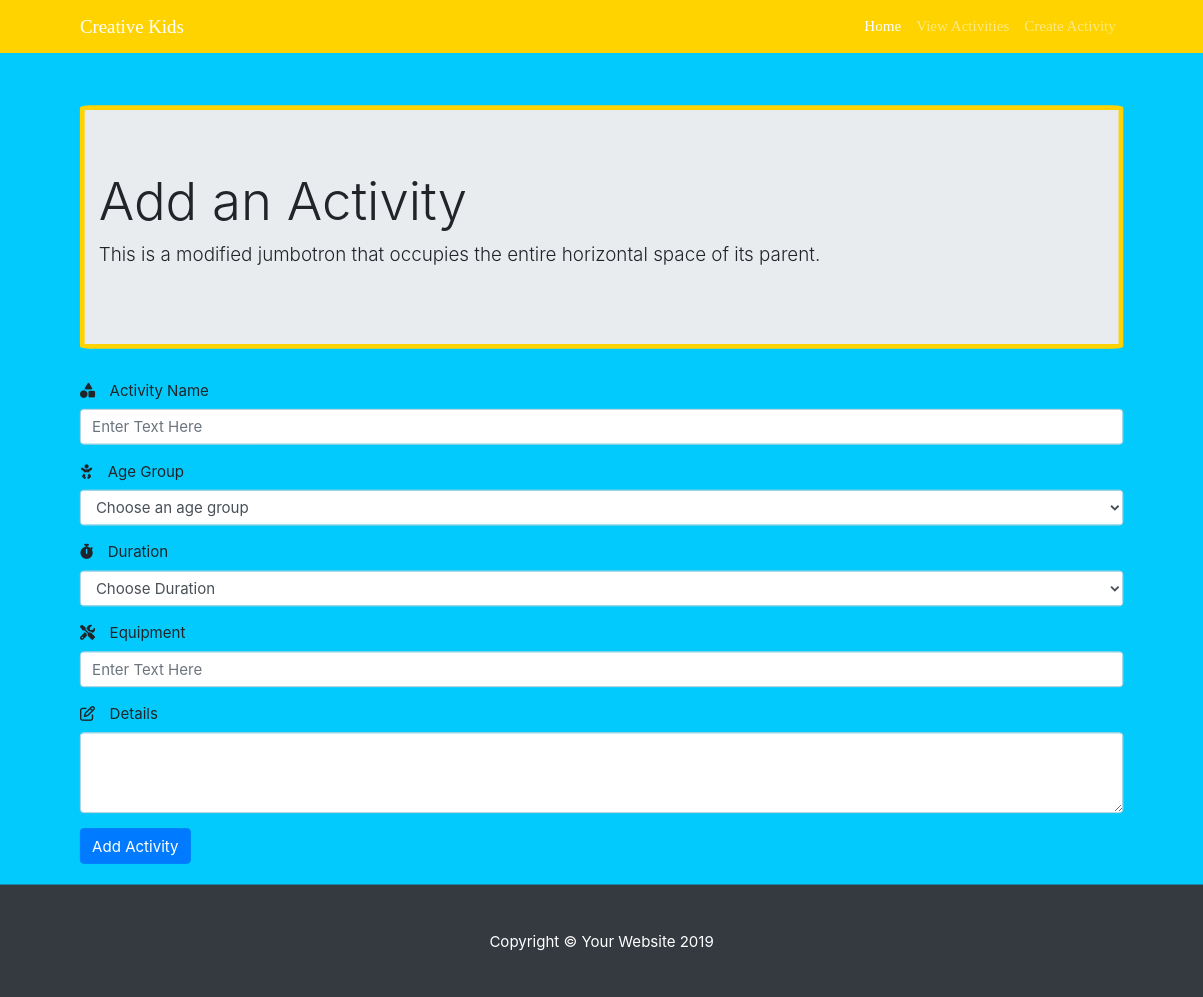
Repository: Neilfoster/milestone_project_3
Page: http://localhost/add_activity
The author's editor kept a record of every edit. The page is drawn from the files as they stood at one moment, then again after the next edit.
The browser window is 1280 px wide. The pictures show the whole page, at 94% of full size.
Some web fonts or font styles are not loaded; a fallback is used. Some web libraries are served in a nearby version. The page is served by the project's application, run on Flask 3 (app.py). Queries for data that is not in the repository find no rows.

Above is the page before.

### templates/add_activity.html
{% extends "base.html" %} {% block content %}
<div class="container">
    <!-- Heading -->
    <div class="jumbotron jumbotron-fluid cstm_jumb">
        <div class="container">
            <h1 class="display-4">Add an Activity</h1>
            <p class="lead">This is a modified jumbotron that occupies the entire horizontal space of its parent.</p>
        </div>
    </div>

    <!--forum -->
    <form action="{{url_for('insert_activity')}}" method="POST">
        <div class="form-group">
            <i class="fas fa-shapes fa-1x "></i>
            <label class="forum_text" for="activity_name">Activity Name</label>
            <input type="text" class="form-control add_forum" id="activity_name" name="activity_name" placeholder="Enter Text Here" required>
        </div>
        <div class="form-group">
            <i class="fas fa-baby "></i>
            <label class="forum_text" for="age_group">Age Group</label>
            <select class="form-control add_forum" id="age_group" name="age_group" required>
               <option value="" disabled selected>Choose an age group</option>
               {% for age in ages %}
               <option value="{{age.age_group.capitalize()}}">{{age.age_group.capitalize()}}</option>
               {% endfor %}
            </select>
        </div>
        <div class="form-group">
            <i class="fas fa-stopwatch "></i>
            <label class="forum_text" for="activity_duration">Duration</label>
            <select class="form-control add_forum" id="activity_duration" name="activity_duration" required>
                <option value="" disabled selected>Choose Duration</option>
                {% for duration in durations %}
                 <option value="{{duration.activity_duration.capitalize()}}">{{duration.activity_duration.capitalize()}}</option>
                {% endfor %}
            </select>
        </div>
        <div class="form-group">
            <i class="fas fa-tools "></i>
            <label class="forum_text" for="equipment">Equipment</label>
            <input type="text" class="form-control add_forum" id="equipment" name="equipment" placeholder="Enter Text Here" required>
        </div>

        <div class="form-group">
            <i class="far fa-edit "></i>
            <label class="forum_text" for="details">Details</label>
            <textarea class="form-control add_forum" id="details" name="details" rows="3" required></textarea>
        </div>

        <button class="btn btn-primary my_button add_forum" type="submit" name="action">Add Activity</button>
</div>
</form>
{% endblock %}

### templates/base.html
<!DOCTYPE html>
<html lang="en">

<head>

  <meta charset="utf-8">
  <meta name="viewport" content="width=device-width, initial-scale=1, shrink-to-fit=no">
  <meta name="description" content="">
  <meta name="author" content="">

  <title>Creative Kids</title>

  <!-- Bootstrap core CSS -->
  <link href="static/css/bootstrap.min.css" rel="stylesheet">

  <!-- CDN for Bootstrap core CSS -->
  <!-- <link rel="stylesheet" href="https://stackpath.bootstrapcdn.com/bootstrap/4.3.1/css/bootstrap.min.css" type="text/css" /> -->

  <!-- Custom styles for this template -->
  <link href="static/css/small-business.css" rel="stylesheet">

  <!-- Custom styles-->
  <link href="static/css/style.css" rel="stylesheet">

  <!-- Google Fonts-->
  <link href="https://fonts.googleapis.com/css?family=Butterfly+Kids&display=swap" rel="stylesheet">

</head>

<body>

  <!-- Navigation -->
  <nav class="navbar navbar-expand-lg navbar-dark fixed-top cstmnav">
    <div class="container">
      <a class="navbar-brand nav_txt" href="#">Creative Kids</a>
      <button class="navbar-toggler" type="button" data-toggle="collapse" data-target="#navbarResponsive" aria-controls="navbarResponsive" aria-expanded="false" aria-label="Toggle navigation">
        <span class="navbar-toggler-icon"></span>
      </button>
      <div class="collapse navbar-collapse" id="navbarResponsive">
        <ul class="navbar-nav ml-auto">
          <li class="nav-item active">
            <a class="nav-link" href="#">Home
              <span class="sr-only">(current)</span>
            </a>
          </li>
          <li class="nav-item">
            <a class="nav-link" href="#">View Activities</a>
          </li>
          <li class="nav-item">
            <a class="nav-link" href="#">Create Activity</a>
          </li>

        </ul>
      </div>
    </div>
  </nav>

  {% block content %} {% endblock %}



  <!-- Footer -->
  <footer class="py-5 bg-dark">
    <div class="container">
      <p class="m-0 text-center text-white">Copyright &copy; Your Website 2019</p>
    </div>
    <!-- /.container -->
  </footer>


  <!-- Bootstrap core JavaScript -->
  <script src="static/js/jquery.min.js"></script>
  <script src="static/js/bootstrap.bundle.min.js"></script>

<!-- Font Awesome js-->
  <script src="https://kit.fontawesome.com/8aa891fdce.js" crossorigin="anonymous"></script>
</body>

</html>

### app.py
import os
from flask import Flask, render_template, redirect, request, url_for
from flask_pymongo import PyMongo
from bson.objectid import ObjectId

app = Flask(__name__)

app.config["MONGO_DBNAME"] = 'milestoneproject3me'
app.config["MONGO_URI"] = os.environ.get('mongo_uri')

mongo = PyMongo(app)

@app.route('/')
@app.route('/home')
def get_activities():
    return render_template("home.html",
    activities=mongo.db.Activities.find())

@app.route('/activity_view')
def activity_view():
    return render_template('activity_view.html',
    activities=mongo.db.Activities.find().limit(6),
    ages=mongo.db.ages.age_group.find(),
    duration=mongo.db.duration.find())

@app.route('/add_activity')
def add_activity():
    return render_template('add_activity.html',
    ages=mongo.db.ages.find(),
    durations=mongo.db.duration.find())

@app.route('/insert_activity', methods=['POST'])
def insert_activity():
    activities=mongo.db.Activities
    activities.insert_one(request.form.to_dict())
    return redirect(url_for('activity_view'))


if __name__ == "__main__":
    app.run(host=os.environ.get('IP'),
        port=int(os.environ.get('PORT')),
        debug=True)

### static/css/style.css
body {
    background-color: #03cafc;

}

.forum_text {
    margin-left: 1%;
}

.my_button{
    margin-bottom: 2%;
}

.cstmnav{
    background-color: #ffd300;
    font-family: 'Butterfly Kids', cursive;
}

.cstm_jumb{
    border: 5px solid #ffd300;
    border-radius:1%;
    margin-top: 5%;
}

.cstm_select {
    border: 2px solid #ffd300;
    border-radius:1%;
    margin-top:1%;
    margin-bottom: 1%;

}

.cstm_card {
    border: 2px solid #ffd300;
    border-radius:1%;
    margin:1%;
}

.cstm_jumb_home{
    background-color: #ffd300;
}

Loaded but not shown: static/css/bootstrap.min.css (library); static/css/small-business.css (common file); static/js/jquery.min.js (library); static/js/bootstrap.bundle.min.js (library)

After the next edit:
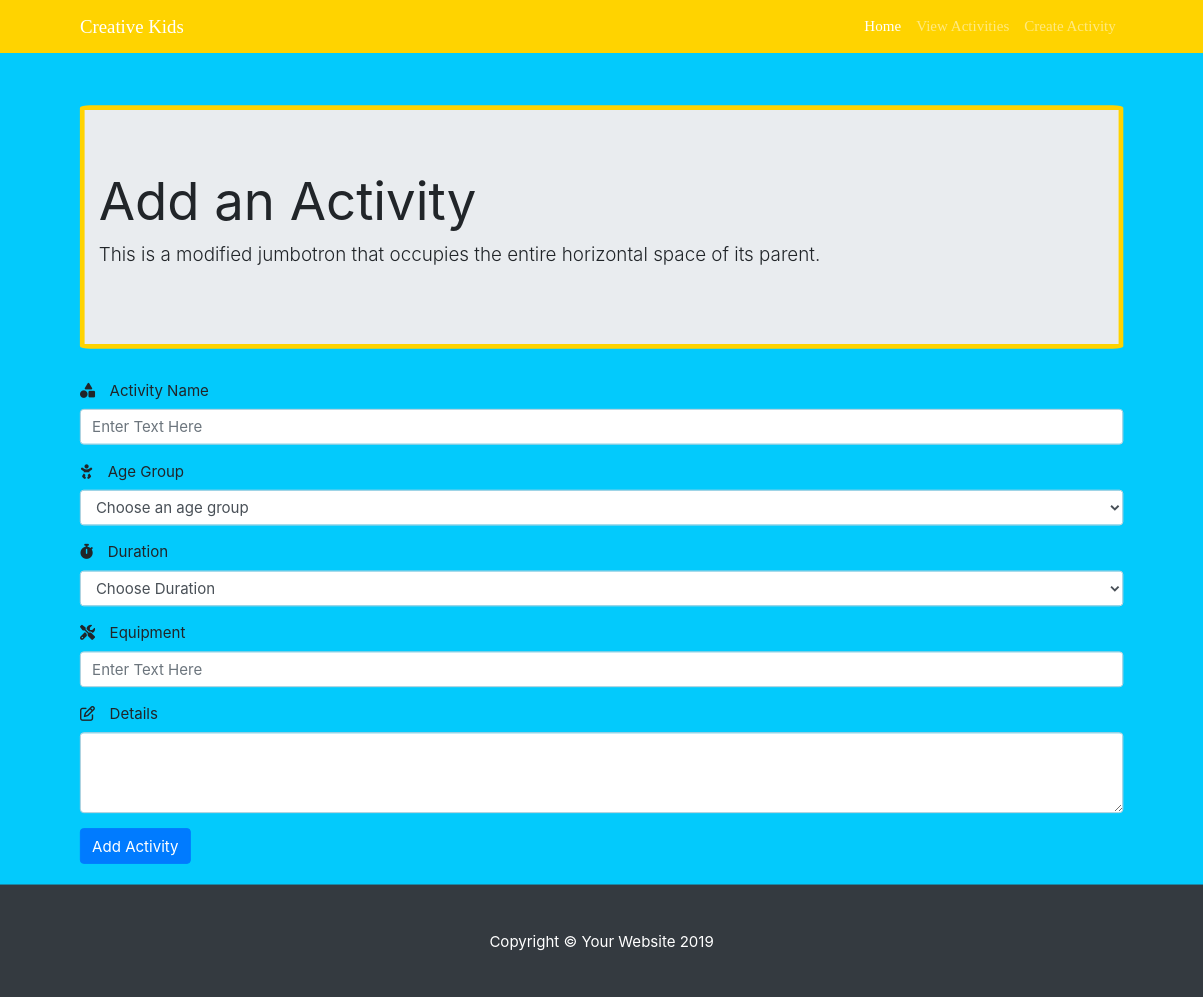
The edit:
--- a/templates/add_activity.html
+++ b/templates/add_activity.html
@@ -3,7 +3,7 @@
     <!-- Heading -->
     <div class="jumbotron jumbotron-fluid cstm_jumb">
         <div class="container">
-            <h1 class="display-4">Add an Activity</h1>
+            <h1 class="display-4 add_title"><strong>Add an Activity</strong></h1>
             <p class="lead">This is a modified jumbotron that occupies the entire horizontal space of its parent.</p>
         </div>
     </div>
